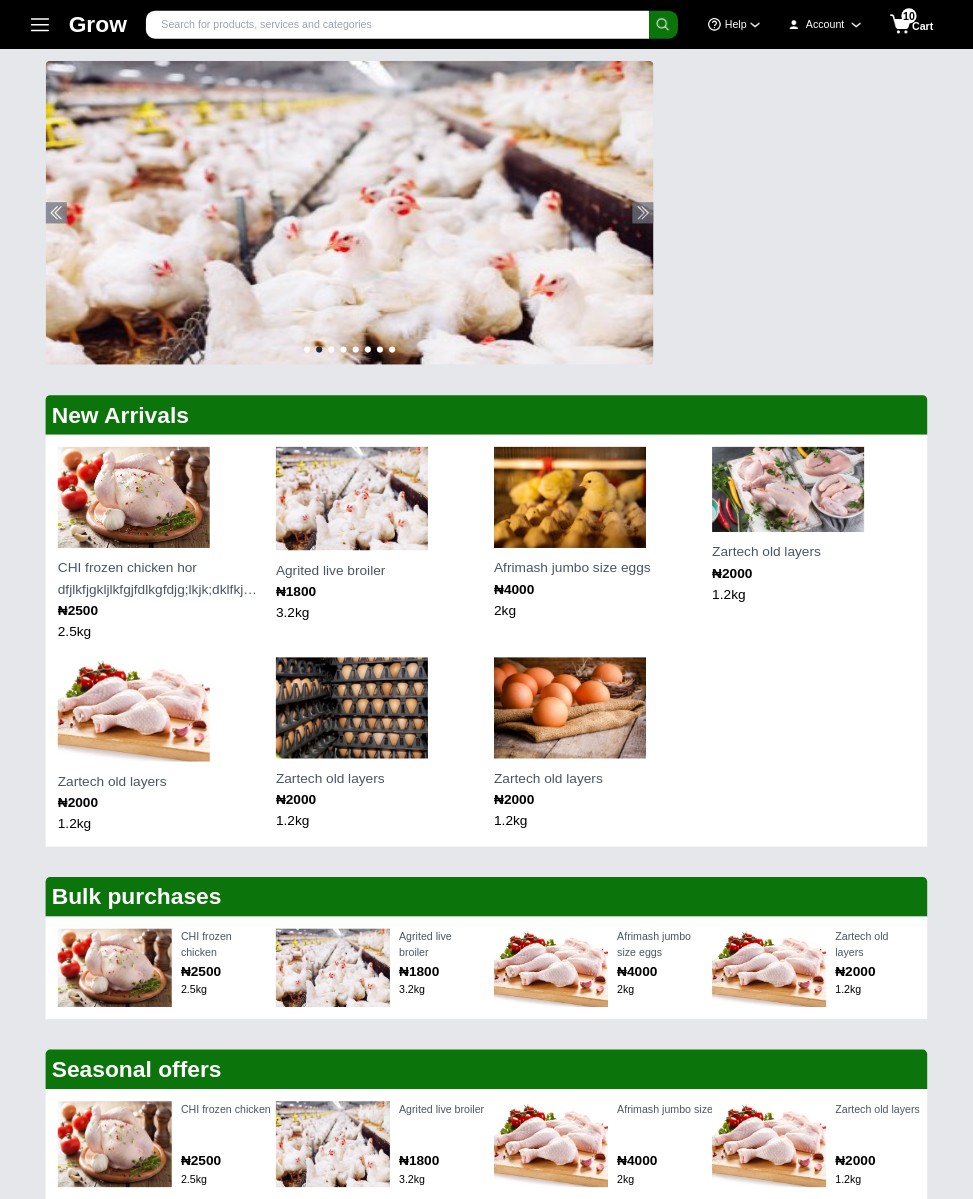
Repository: IssaMuiz/ifarmstock
Page: /
An editor plug-in stored every save of this project. The page is shown before and after the next save, followed by the edit.
The browser window is 1280 px wide. The pictures show the whole page, at 76% of full size.
The project was rebuilt for these pictures with package versions that can differ from the ones it lists, and the page was loaded fresh each time. The framework's server and built-in components were replaced by stand-ins that run in the browser. Also part of the build but not shown: next.config.mjs.

Above is the page before, as saved 2024-08-31 06:38:29.

After the next save:
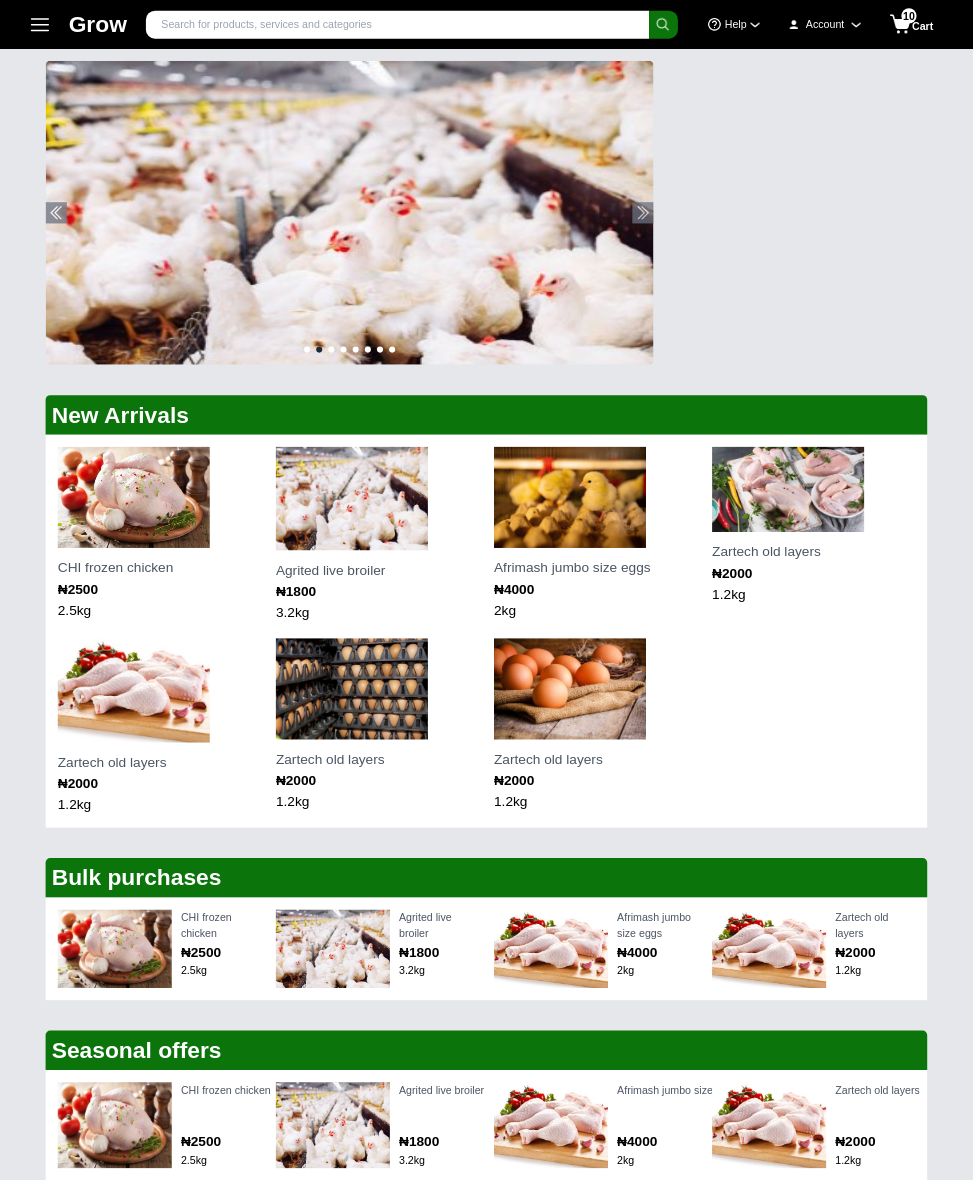
Saved 49 s later.
--- a/models/newArrivalsCards.json
+++ b/models/newArrivalsCards.json
@@ -1,7 +1,7 @@
 [
   {
     "image": "/assets/images/poultry-image1-slider.jpg",
-    "name": "CHI frozen chicken hor dfjlkfjgkljlkfgjfdlkgfdjg;lkjk;dklfkjgk;ldfjkg;kld what it i djkdkjkdjkljfkedjfkljdsklfjkldsjflkjdjfldjlfjldjfldjfldjfldjfldsjfljdlkfkjkldjflkjwhaht is that you want that i cnat give you just wnat to thrt your self but wi wont look that sied so you can lenarn your leassin in the hard wat you wnat do me l",
+    "name": "CHI frozen chicken",
     "Price": "2500",
     "weight": "2.5kg"
   },
